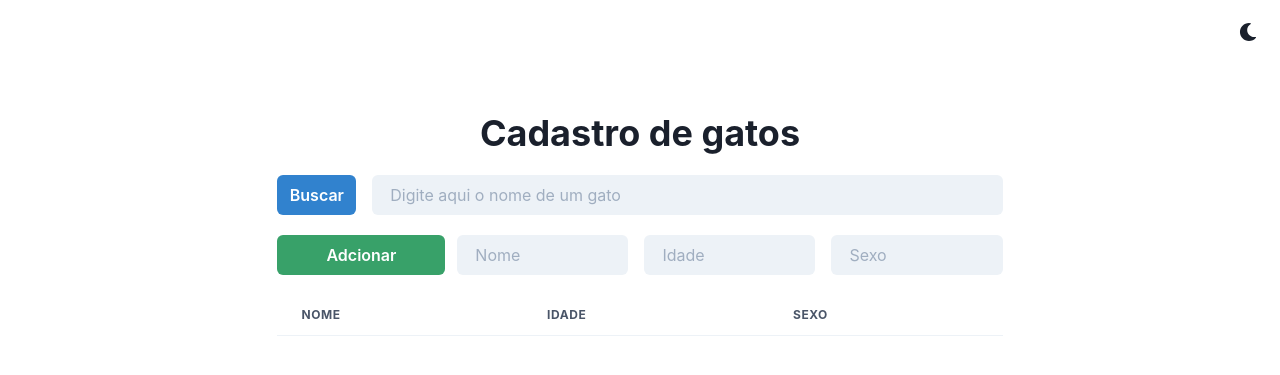
Repository: thislucasme/front-end-cats-react.js
Page: /
These files come from the project's save history. The page is drawn as it stood at one moment and after the next save; the edit follows.
The browser window is 1280 px wide. The pictures show the whole page.
The page's requests for data from a server got no answer. The project was rebuilt for these pictures with package versions that can differ from the ones it lists, and the page was loaded fresh each time. No one was signed in, and anything a server would have sent is missing.

Above is the page before, as saved 2021-10-26 16:40:57.

### src/App.tsx
import React, { useState, useEffect } from "react";
import {
  ChakraProvider,
  Box,
  VStack,
  Grid,
  theme,
  Flex,
  Button,
  Spacer,
  Input,
  Container,
  Heading,
  Table,
  Thead,
  Tbody,
  Tr,
  Th,
  Td
} from "@chakra-ui/react"
import { ColorModeSwitcher } from "./ColorModeSwitcher"
import axios from "axios";
import { Cat } from "./cat.interface";
export const App = () => {
  const [gatos, setGatos ] = useState<Cat[]>();

  useEffect(() => {
    axios.get<Cat[]>('http://localhost:3000/cats')
      .then(response => {
        setGatos(response.data)
        console.log(gatos);
        }).catch(error => {
          console.log("Ocorreu um erro: " + error);
        });

  }, [])

  return (
     <ChakraProvider theme={theme}>
    <Box textAlign="center" fontSize="xl">
      <Grid minH="100vh" p={3}>
        <ColorModeSwitcher justifySelf="flex-end" />
        <VStack spacing={8}>
          <Container borderRadius={3} w={"80%"} h={"80vh"}>
            <Heading p={5}>Cadastro de gatos</Heading>
            <Flex>
              <Button colorScheme="blue">Buscar</Button>
              <Spacer />
              <Input ml={4} variant="filled" placeholder="Digite aqui o nome de um gato" />
            </Flex>
            <Flex mt={5}>
              <Button mr={3} w="full" colorScheme="green">Adcionar</Button>
              <Input variant="filled" placeholder="Nome" />
              <Input ml={4} variant="filled" placeholder="Idade" />
              <Input ml={4} variant="filled" placeholder="Sexo" />
            </Flex>

            <Table mt={5} variant="simple">
              <Thead>
                <Tr>
                  <Th>Nome</Th>
                  <Th>Idade</Th>
                  <Th>Sexo</Th>
                </Tr>
              </Thead>
              <Tbody>
                 {gatos?.map((res) => (
                      <Tr>
                     <Td>{ res.nome}</Td>
                      <Td>{ res.idade}</Td>
                     <Td> {res.sexo}</Td>
                      </Tr>
                 ))}

              </Tbody>

            </Table>
          </Container>
        </VStack>
      </Grid>
    </Box>
  </ChakraProvider>
  );
}

### src/ColorModeSwitcher.tsx
import * as React from "react"
import {
  useColorMode,
  useColorModeValue,
  IconButton,
  IconButtonProps,
} from "@chakra-ui/react"
import { FaMoon, FaSun } from "react-icons/fa"

type ColorModeSwitcherProps = Omit<IconButtonProps, "aria-label">

export const ColorModeSwitcher: React.FC<ColorModeSwitcherProps> = (props) => {
  const { toggleColorMode } = useColorMode()
  const text = useColorModeValue("dark", "light")
  const SwitchIcon = useColorModeValue(FaMoon, FaSun)

  return (
    <IconButton
      size="md"
      fontSize="lg"
      variant="ghost"
      color="current"
      marginLeft="2"
      onClick={toggleColorMode}
      icon={<SwitchIcon />}
      aria-label={`Switch to ${text} mode`}
      {...props}
    />
  )
}

Loaded but not shown: public/index.html (common file); src/index.tsx (common file); src/reportWebVitals.ts (common file); src/serviceWorker.ts (common file)

After the next save:
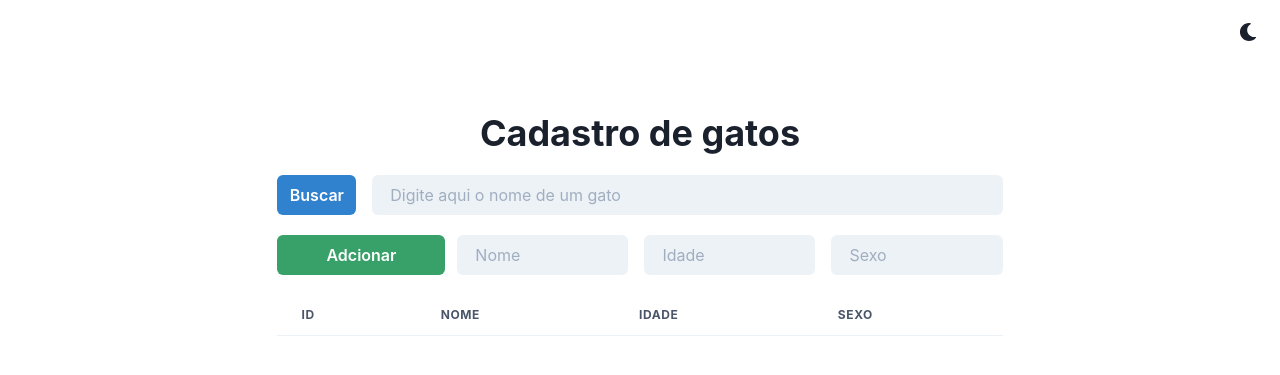
Saved 83 s later.
--- a/src/App.tsx
+++ b/src/App.tsx
@@ -57,7 +57,8 @@ export const App = () => {
 
             <Table mt={5} variant="simple">
               <Thead>
-                <Tr>
+                  <Tr>
+                  <Th>ID</Th>
                   <Th>Nome</Th>
                   <Th>Idade</Th>
                   <Th>Sexo</Th>
@@ -65,7 +66,8 @@ export const App = () => {
               </Thead>
               <Tbody>
                  {gatos?.map((res) => (
-                      <Tr>
+                   <Tr>
+                     <Td>{ res.idGato}</Td>
                      <Td>{ res.nome}</Td>
                       <Td>{ res.idade}</Td>
                      <Td> {res.sexo}</Td>
